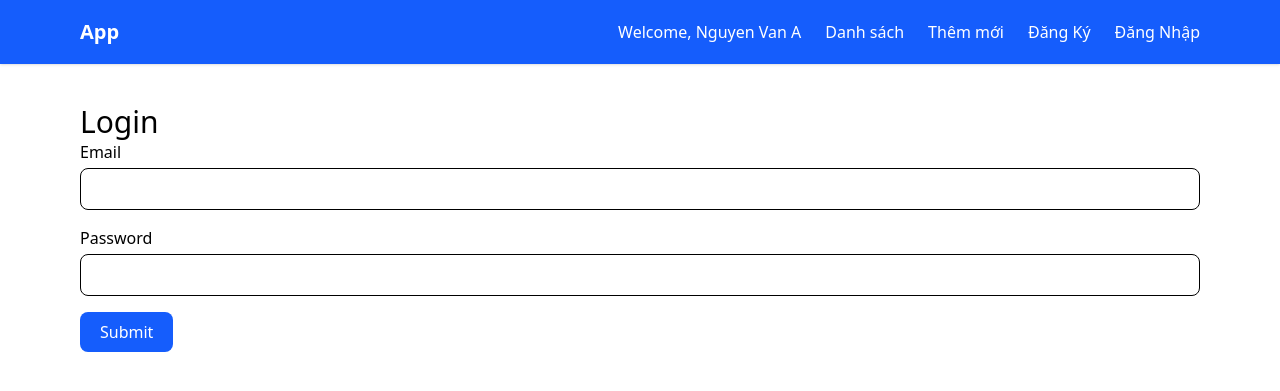
Repository: DODUCHUY195/Lap_Trinh_TypeScript
Page: /login
The author's editor kept a copy of each file at every save. The page is drawn from the files as they stood at one save, then again after the next save.
The browser window is 1280 px wide. The pictures show the whole page.
The project was rebuilt for these pictures with package versions that can differ from the ones it lists, and the page was loaded fresh each time. Also part of the build but not shown: vite.config.ts, src/pages/List.tsx, src/pages/Add.tsx, src/pages/Edit.tsx, src/components/layoutAdmin.tsx.

Above is the page before, as saved 2026-01-28 19:29:10.

After the next save:
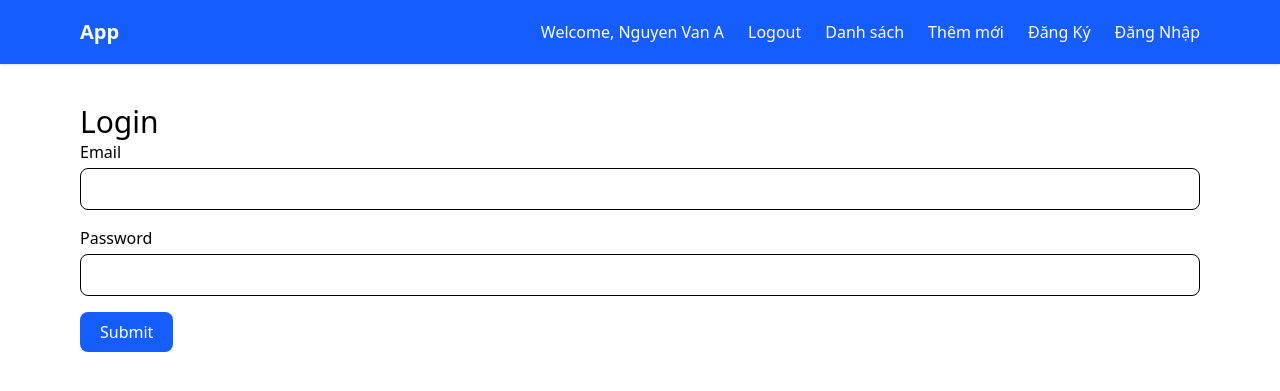
Saved 17 s later.
--- a/src/App.tsx
+++ b/src/App.tsx
@@ -28,6 +28,7 @@ function App() {
           <div className="flex items-center space-x-6">
             {user ? (<>
             <span>Welcome, {user.name}</span>
+            <button className="hover:text-gray-200" onClick={() => setUser(null)}>Logout</button>
             </>) : (<></>)}
             <Link to="/" className="hover:text-gray-200">
               Danh sách
